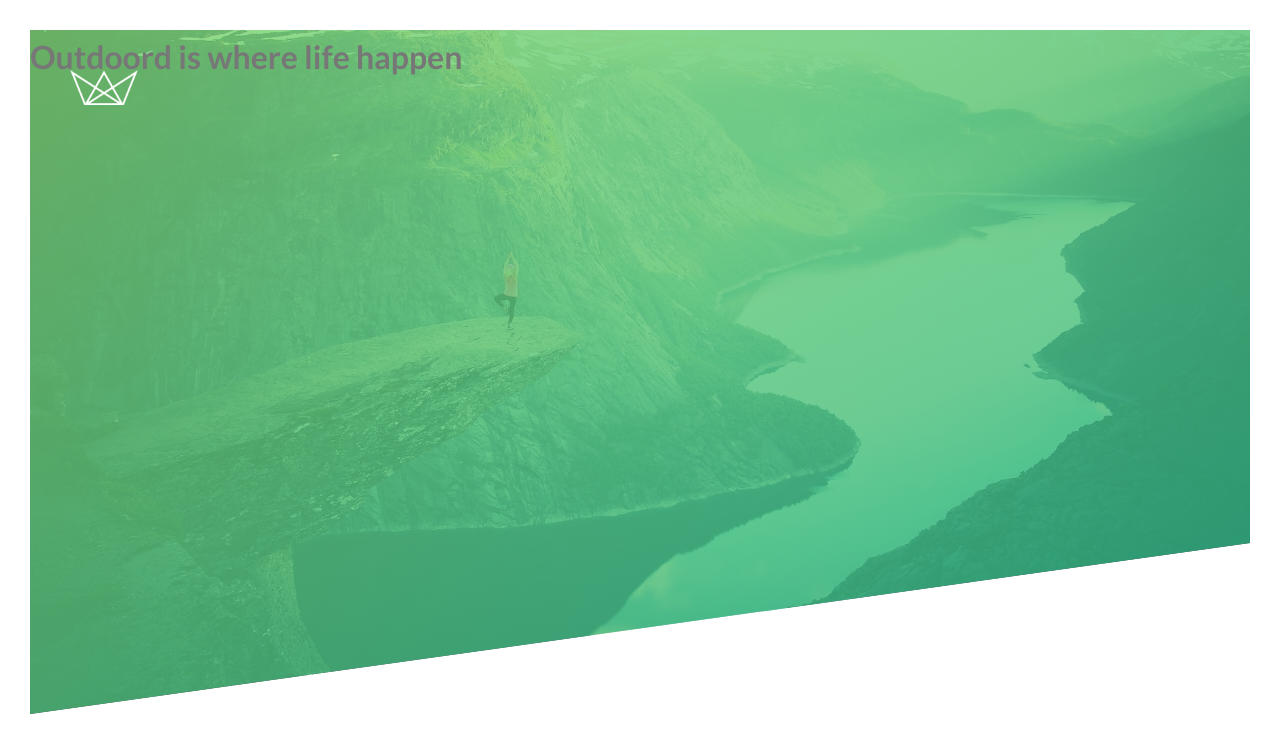
Repository: taivuong95/natours-fe
Page: index.html
The author's editor kept a copy of each file at every save. The page is drawn from the files as they stood at one save, then again after the next save.
The browser window is 1280 px wide. The pictures show the whole page.

Above is the page before, as saved 2020-12-09 15:21:31.

### index.html
<!DOCTYPE html>
<html lang="en">
    <head>
        <meta charset="UTF-8">
        <meta name="viewport" content="width=device-width, initial-scale=1.0">

        <link href="https://fonts.googleapis.com/css?family=Lato:100,300,400,700,900" rel="stylesheet">

        <link rel="stylesheet" href="css/icon-font.css">
        <link rel="stylesheet" href="css/style.css">
        <link rel="shortcut icon" type="image/png" href="img/favicon.png">

        <title>Natours | Exciting tours for adventurous people</title>
    </head>
    <body>
        <header class="header">
           <div class="logo-box">
               <img src="img/logo-white.png" alt="" class="logo">
           </div>

           <h1 class="heading-primary">
               <span class="heading-primary-main">Outdoord</span>
               <span class="heading-primary-sub">is where life happen</span>
           </h1>
        </header>

    </body>
</html>

### css/icon-font.css
@charset "UTF-8";

@font-face {
  font-family: "linea-basic-10";
  src:url("fonts/linea-basic-10.eot");
  src:url("fonts/linea-basic-10.eot?#iefix") format("embedded-opentype"),
    url("fonts/linea-basic-10.woff") format("woff"),
    url("fonts/linea-basic-10.ttf") format("truetype"),
    url("fonts/linea-basic-10.svg#linea-basic-10") format("svg");
  font-weight: normal;
  font-style: normal;

}

[data-icon]:before {
  font-family: "linea-basic-10" !important;
  content: attr(data-icon);
  font-style: normal !important;
  font-weight: normal !important;
  font-variant: normal !important;
  text-transform: none !important;
  speak: none;
  line-height: 1;
  -webkit-font-smoothing: antialiased;
  -moz-osx-font-smoothing: grayscale;
}

[class^="icon-"]:before,
[class*=" icon-"]:before {
  font-family: "linea-basic-10" !important;
  font-style: normal !important;
  font-weight: normal !important;
  font-variant: normal !important;
  text-transform: none !important;
  speak: none;
  line-height: 1;
  -webkit-font-smoothing: antialiased;
  -moz-osx-font-smoothing: grayscale;
}

.icon-basic-accelerator:before {
  content: "a";
}
.icon-basic-alarm:before {
  content: "b";
}
.icon-basic-anchor:before {
  content: "c";
}
.icon-basic-anticlockwise:before {
  content: "d";
}
.icon-basic-archive:before {
  content: "e";
}
.icon-basic-archive-full:before {
  content: "f";
}
.icon-basic-ban:before {
  content: "g";
}
.icon-basic-battery-charge:before {
  content: "h";
}
.icon-basic-battery-empty:before {
  content: "i";
}
.icon-basic-battery-full:before {
  content: "j";
}
.icon-basic-battery-half:before {
  content: "k";
}
.icon-basic-bolt:before {
  content: "l";
}
.icon-basic-book:before {
  content: "m";
}
.icon-basic-book-pen:before {
  content: "n";
}
.icon-basic-book-pencil:before {
  content: "o";
}
.icon-basic-bookmark:before {
  content: "p";
}
.icon-basic-calculator:before {
  content: "q";
}
.icon-basic-calendar:before {
  content: "r";
}
.icon-basic-cards-diamonds:before {
  content: "s";
}
.icon-basic-cards-hearts:before {
  content: "t";
}
.icon-basic-case:before {
  content: "u";
}
.icon-basic-chronometer:before {
  content: "v";
}
.icon-basic-clessidre:before {
  content: "w";
}
.icon-basic-clock:before {
  content: "x";
}
.icon-basic-clockwise:before {
  content: "y";
}
.icon-basic-cloud:before {
  content: "z";
}
.icon-basic-clubs:before {
  content: "A";
}
.icon-basic-compass:before {
  content: "B";
}
.icon-basic-cup:before {
  content: "C";
}
.icon-basic-diamonds:before {
  content: "D";
}
.icon-basic-display:before {
  content: "E";
}
.icon-basic-download:before {
  content: "F";
}
.icon-basic-exclamation:before {
  content: "G";
}
.icon-basic-eye:before {
  content: "H";
}
.icon-basic-eye-closed:before {
  content: "I";
}
.icon-basic-female:before {
  content: "J";
}
.icon-basic-flag1:before {
  content: "K";
}
.icon-basic-flag2:before {
  content: "L";
}
.icon-basic-floppydisk:before {
  content: "M";
}
.icon-basic-folder:before {
  content: "N";
}
.icon-basic-folder-multiple:before {
  content: "O";
}
.icon-basic-gear:before {
  content: "P";
}
.icon-basic-geolocalize-01:before {
  content: "Q";
}
.icon-basic-geolocalize-05:before {
  content: "R";
}
.icon-basic-globe:before {
  content: "S";
}
.icon-basic-gunsight:before {
  content: "T";
}
.icon-basic-hammer:before {
  content: "U";
}
.icon-basic-headset:before {
  content: "V";
}
.icon-basic-heart:before {
  content: "W";
}
.icon-basic-heart-broken:before {
  content: "X";
}
.icon-basic-helm:before {
  content: "Y";
}
.icon-basic-home:before {
  content: "Z";
}
.icon-basic-info:before {
  content: "0";
}
.icon-basic-ipod:before {
  content: "1";
}
.icon-basic-joypad:before {
  content: "2";
}
.icon-basic-key:before {
  content: "3";
}
.icon-basic-keyboard:before {
  content: "4";
}
.icon-basic-laptop:before {
  content: "5";
}
.icon-basic-life-buoy:before {
  content: "6";
}
.icon-basic-lightbulb:before {
  content: "7";
}
.icon-basic-link:before {
  content: "8";
}
.icon-basic-lock:before {
  content: "9";
}
.icon-basic-lock-open:before {
  content: "!";
}
.icon-basic-magic-mouse:before {
  content: "\"";
}
.icon-basic-magnifier:before {
  content: "#";
}
.icon-basic-magnifier-minus:before {
  content: "$";
}
.icon-basic-magnifier-plus:before {
  content: "%";
}
.icon-basic-mail:before {
  content: "&";
}
.icon-basic-mail-multiple:before {
  content: "'";
}
.icon-basic-mail-open:before {
  content: "(";
}
.icon-basic-mail-open-text:before {
  content: ")";
}
.icon-basic-male:before {
  content: "*";
}
.icon-basic-map:before {
  content: "+";
}
.icon-basic-message:before {
  content: ",";
}
.icon-basic-message-multiple:before {
  content: "-";
}
.icon-basic-message-txt:before {
  content: ".";
}
.icon-basic-mixer2:before {
  content: "/";
}
.icon-basic-mouse:before {
  content: ":";
}
.icon-basic-notebook:before {
  content: ";";
}
.icon-basic-notebook-pen:before {
  content: "<";
}
.icon-basic-notebook-pencil:before {
  content: "=";
}
.icon-basic-paperplane:before {
  content: ">";
}
.icon-basic-pencil-ruler:before {
  content: "?";
}
.icon-basic-pencil-ruler-pen:before {
  content: "@";
}
.icon-basic-photo:before {
  content: "[";
}
.icon-basic-picture:before {
  content: "]";
}
.icon-basic-picture-multiple:before {
  content: "^";
}
.icon-basic-pin1:before {
  content: "_";
}
.icon-basic-pin2:before {
  content: "`";
}
.icon-basic-postcard:before {
  content: "{";
}
.icon-basic-postcard-multiple:before {
  content: "|";
}
.icon-basic-printer:before {
  content: "}";
}
.icon-basic-question:before {
  content: "~";
}
.icon-basic-rss:before {
  content: "\\";
}
.icon-basic-server:before {
  content: "\e000";
}
.icon-basic-server2:before {
  content: "\e001";
}
.icon-basic-server-cloud:before {
  content: "\e002";
}
.icon-basic-server-download:before {
  content: "\e003";
}
.icon-basic-server-upload:before {
  content: "\e004";
}
.icon-basic-settings:before {
  content: "\e005";
}
.icon-basic-share:before {
  content: "\e006";
}
.icon-basic-sheet:before {
  content: "\e007";
}
.icon-basic-sheet-multiple:before {
  content: "\e008";
}
.icon-basic-sheet-pen:before {
  content: "\e009";
}
.icon-basic-sheet-pencil:before {
  content: "\e00a";
}
.icon-basic-sheet-txt:before {
  content: "\e00b";
}
.icon-basic-signs:before {
  content: "\e00c";
}
.icon-basic-smartphone:before {
  content: "\e00d";
}
.icon-basic-spades:before {
  content: "\e00e";
}
.icon-basic-spread:before {
  content: "\e00f";
}
.icon-basic-spread-bookmark:before {
  content: "\e010";
}
.icon-basic-spread-text:before {
  content: "\e011";
}
.icon-basic-spread-text-bookmark:before {
  content: "\e012";
}
.icon-basic-star:before {
  content: "\e013";
}
.icon-basic-tablet:before {
  content: "\e014";
}
.icon-basic-target:before {
  content: "\e015";
}
.icon-basic-todo:before {
  content: "\e016";
}
.icon-basic-todo-pen:before {
  content: "\e017";
}
.icon-basic-todo-pencil:before {
  content: "\e018";
}
.icon-basic-todo-txt:before {
  content: "\e019";
}
.icon-basic-todolist-pen:before {
  content: "\e01a";
}
.icon-basic-todolist-pencil:before {
  content: "\e01b";
}
.icon-basic-trashcan:before {
  content: "\e01c";
}
.icon-basic-trashcan-full:before {
  content: "\e01d";
}
.icon-basic-trashcan-refresh:before {
  content: "\e01e";
}
.icon-basic-trashcan-remove:before {
  content: "\e01f";
}
.icon-basic-upload:before {
  content: "\e020";
}
.icon-basic-usb:before {
  content: "\e021";
}
.icon-basic-video:before {
  content: "\e022";
}
.icon-basic-watch:before {
  content: "\e023";
}
.icon-basic-webpage:before {
  content: "\e024";
}
.icon-basic-webpage-img-txt:before {
  content: "\e025";
}
.icon-basic-webpage-multiple:before {
  content: "\e026";
}
.icon-basic-webpage-txt:before {
  content: "\e027";
}
.icon-basic-world:before {
  content: "\e028";
}

### css/style.css
/*
COLORS:

Light green: #7ed56f
Medium green: #55c57a
Dark green: #28b485

*/

* {
  margin: 0;
  padding: 0;
  box-sizing: border-box;
}

body {
  font-family: "Lato", sans-serif;
  font-weight: 400;
  font-size: 16px;
  line-height: 1.7;
  color: #777;
  padding: 30px;
}

.header {
  height: 95vh;
  background-image: linear-gradient(
      to right bottom,
      rgba(126, 213, 111, 0.8),
      rgba(40, 180, 133, 0.8)
    ),
    url(../img/hero.jpg);
  background-size: cover;
  background-position: top;
  clip-path: polygon(0 0, 100% 0, 100% 75%, 0 100%);
  position: relative;
}

.logo-box {
  position: absolute;
  top: 40px;
  left: 40px;
}

.logo {
  height: 35px;
}

After the next save:
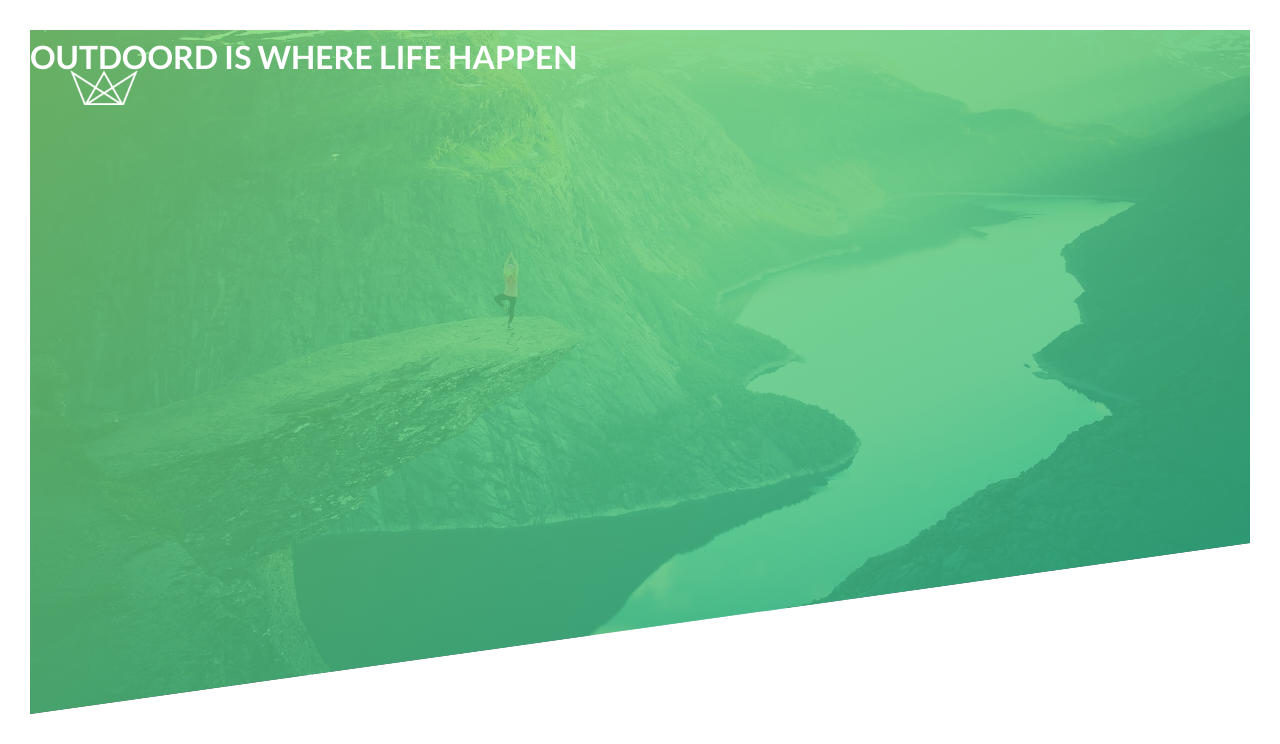
Saved 53 s later.
--- a/css/style.css
+++ b/css/style.css
@@ -45,3 +45,14 @@ body {
 .logo {
   height: 35px;
 }
+
+.heading-primary {
+  color: #fff;
+  text-transform: uppercase;
+}
+
+.heading-primary-main {
+}
+
+.heading-primary-sub {
+}
